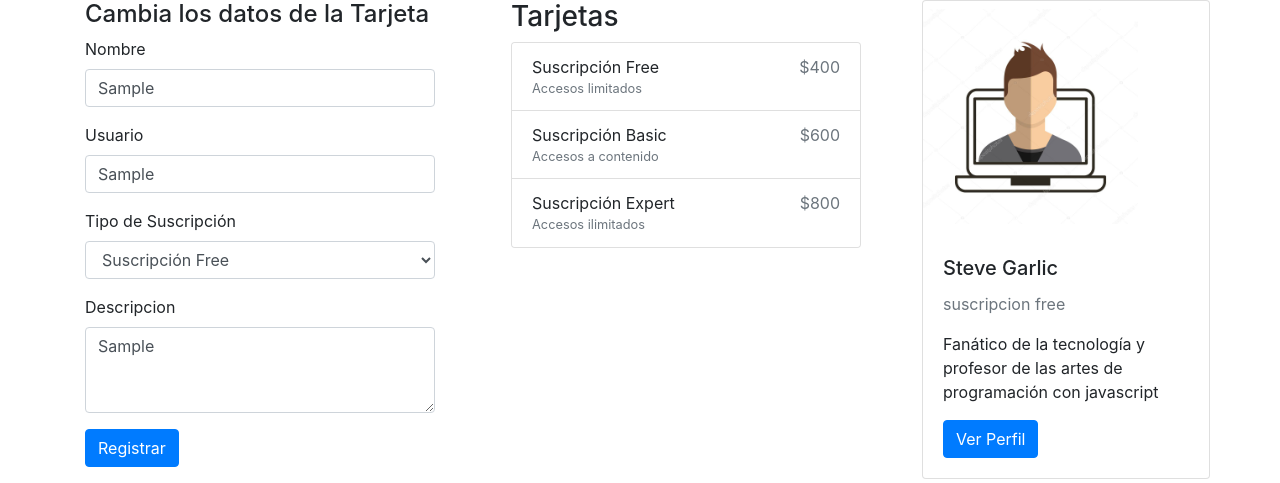
Repository: pedro-donoso/manipulacion-dom
Page: index.html
These files come from the project's save history. The page is drawn as it stood at one moment and after a run of saves; the edit follows.
The browser window is 1280 px wide. The pictures show the part of the page from y = 602 to 1085 px (the page is 1085 px tall).
Empty fields were first filled with sample values (such as "Sample", 5 or name@example.com).
After loading, the first visible `#formulario` was submitted once.

Above is the page before, as saved 2024-02-06 14:27:51.
Console error: ReferenceError: email is not defined

### index.html
<!doctype html>
<html lang="es">

<head>
    <!-- Required meta tags -->
    <meta charset="utf-8">
    <meta name="viewport" content="width=device-width, initial-scale=1, shrink-to-fit=no">

    <!-- Bootstrap CSS -->
    <link rel="stylesheet" href="https://cdn.jsdelivr.net/npm/bootstrap@4.3.1/dist/css/bootstrap.min.css"
        integrity="sha384-ggOyR0iXCbMQv3Xipma34MD+dH/1fQ784/j6cY/iJTQUOhcWr7x9JvoRxT2MZw1T" crossorigin="anonymous">

    <title>Manipulación del DOM</title>
</head>

<body>

    <main class="container">

        <!-- 1- AGREGO CLASE container PARA MANIPULAR ESTE PÁRRAFO -->
        <div class="row mt-5 text-center justify-content-between" id="contenedor">
            <div class="col-4 col-md-4">
                <h2>Manipulación del DOM</h2>
                <p class="text-center">
                    El DOM es una API definida para representar e interactuar con cualquier documento HTML.
                    El DOM es un modelo de documento que se carga en el navegador web y que representa el documento como un árbol de
                    nodos, en donde cada nodo representa una parte del documento (puede tratarse de un elemento, una
                    cadena de texto o un comentario)
                </p>
            </div>
        </div>
        <div class="row justify-content-between">
            <div class="col-4 col-md-4">
                <h4>Cambia los datos de la Tarjeta</h4>
                <!-- 15- AGREGO id PARA ESCUCHAR EVENTO CLICK -->
                <form id="formulario">
                    <!-- 21- AGREGO ID DE CADA CAMPO -->
                    <label>Nombre</label>
                    <input type="text" class="form-control mb-3" id="nombre">
                    <label>Usuario</label>
                    <input type="text" class="form-control mb-3" id="usuario">
                    <label>Tipo de Suscripción</label>
                    <select id="suscripcion" class="form-control mb-3">
                            <option value="free">Suscripción Free</option>
                            <option value="basic">Suscripcion Basic</option>
                            <option value="expert">Suscripcion Expert</option>
                        </select>









                    <label>Descripcion</label>
                    <textarea rows="3" class="form-control mb-3" id="descripcion"></textarea>
                    <div>
                        <button class="btn btn-primary mb-3">Registrar</button>
                    </div>
                </form>
            </div>
            <div class="col-4 col-md-4">
                <h3>Tarjetas</h3>
                <div class="card">
                    <ul class="list-group list-group-flush">
                        <li class="list-group-item d-flex justify-content-between">
                            <div class="d-flex flex-column">
                                <span>Suscripción Free</span>
                                <small class="text-muted">Accesos limitados</small>
                            </div>
                            <div>
                                <span class="text-muted">$400</span>
                            </div>
                        </li>
                        <li class="list-group-item d-flex justify-content-between">
                            <div class="d-flex flex-column">
                                <span>Suscripción Basic</span>
                                <small class="text-muted">Accesos a contenido</small>
                            </div>
                            <div>
                                <span class="text-muted">$600</span>
                            </div>
                        </li>
                        <li class="list-group-item d-flex justify-content-between">
                            <div class="d-flex flex-column">
                                <span>Suscripción Expert</span>
                                <small class="text-muted">Accesos ilimitados</small>
                            </div>
                            <div>
                                <span class="text-muted">$800</span>
                            </div>
                        </li>
                    </ul>
                </div>
            </div>

            <!-- 8- AGREGO CARD -->
        <!-- 13- AGREGO ID PARA CAPTURAR CONTENEDOR -->
        <div class="row" id="contenedor_tarjeta">

        </div>

        </div>

    </main>

    <!-- Optional JavaScript -->
    <!-- jQuery first, then Popper.js, then Bootstrap JS -->
    <script src="https://code.jquery.com/jquery-3.3.1.slim.min.js"
        integrity="sha384-q8i/X+965DzO0rT7abK41JStQIAqVgRVzpbzo5smXKp4YfRvH+8abtTE1Pi6jizo"
        crossorigin="anonymous"></script>
    <script src="https://cdn.jsdelivr.net/npm/popper.js@1.14.7/dist/umd/popper.min.js"
        integrity="sha384-UO2eT0CpHqdSJQ6hJty5KVphtPhzWj9WO1clHTMGa3JDZwrnQq4sF86dIHNDz0W1"
        crossorigin="anonymous"></script>
    <script src="https://cdn.jsdelivr.net/npm/bootstrap@4.3.1/dist/js/bootstrap.min.js"
        integrity="sha384-JjSmVgyd0p3pXB1rRibZUAYoIIy6OrQ6VrjIEaFf/nJGzIxFDsf4x0xIM+B07jRM"
        crossorigin="anonymous"></script>

    <script src="./app.js"></script>
</body>

</html>

### app.js
// 2- CREO VARIABLE PARA MANIPULAR HTML
let contenedor = document.querySelector("#contenedor");

// 3- CREAR ELEMENTO SUBTITULO Y LE AGREGO PROPIEDADES
let subtitulo = document.createElement("h4");
subtitulo.innerText = "Árbol de nodos \n (enviado desde JavaScript)";

// 4- OBTENER EL CUERPO DEL DOCUMENTO
let body = document.body;

// 5- AGREGAR EL NUEVO ELEMENTO AL CUERPO DEL DOCUMENTO
body.appendChild(subtitulo);

// 6- AGREGO IMAGEN
let imagen = document.createElement("img");
imagen.src =
  "https://www.freecodecamp.org/news/content/images/2021/09/Document.jpg";
imagen.width = "450";
imagen.height = "300";
imagen.alt = "árbol de nodos";

// 7- AGREGO ELEMENTOS AL CONTENEDOR
contenedor.append(subtitulo, imagen);

// 13- AGREGO CONSTRUCTOR
const autor = {
  nombre: "Steve Garlic",
  usuario: "",
  suscripcion: "suscripcion free",
  descripcion:
    "Fanático de la tecnología y profesor de las artes de programación con javascript",
  imagen: "./img/icono.jpg"
};

// 19- Agrego const crearTarjeta y agrego todas las funciones del código
const crearTarjeta = () => {
  // 25- CREO DOCUMENTO VACIO
  document.querySelector("#contenedor_tarjeta").innerHTML = "";

  // 9- CREO ESTRUCTURA DEL CODIGO
  let columnaTarjeta = document.createElement("div");
  columnaTarjeta.className = "col";

  // 10- CREO TEMPLATE STRING DEL CONTENIDO DE LA TARJETA AUTOR
  // 14- AGREGO DATOS DEL CONSTRUCTOR (13)
  // 17- CREO EVENTO onclick
  // 19- LLAMAR A eventoClick CON event
  let tarjetaAutor = ` <div class="card" style="width: 18rem;">
        <img class="card-img-top pt-2 w-75" src="${autor.imagen}" alt="Card image cap">
        <div class="card-body">
        <h4 class="card-title">${autor.usuario}</h4>
            <h5 class="card-title">${autor.nombre}</h5>
             <p class="text-muted">${autor.suscripcion}</p>
            <p class="card-text">${autor.descripcion}</p>

            <button class="btn btn-primary" onclick="eventoClick(event)">Ver Perfil</button>
        </div>
    </div>`;

  // 11- AGREGO TEMPLATE STRING A columnaTarjeta (HIJO)
  columnaTarjeta.innerHTML = tarjetaAutor;

  // 12- AGREGO columnaTarjeta AL CONTENEDOR (PADRE) MEDIANTE LA SELECCIÓN DEL ID #contenedor_tarjeta
  document.querySelector("#contenedor_tarjeta").append(columnaTarjeta);
};

// 16- Creo constante modificarAutor para agregarla al form en index.html, la función recibirá un evento
  const modificarAutor= (event) => {
    console.log(event);
    event.preventDefault();

    // 22- CAPTURO CAMPOS DEL FORMULARIO
    let nombre = document.querySelector("#nombre").value;
    let usuario = document.querySelector("#usuario").value;
    let suscripcion = document.querySelector("#suscripcion").value;
     let descripcion = document.querySelector("#descripcion").value;

    // 23- LLAMO A LA CONSTANTE AUTOR
    autor.nombre = nombre;
    autor.usuario = usuario;
    autor.suscripcion = email;
    autor.descripcion = descripcion;

    // 24- SE VUELVE A CREAR LA TARJETA CON LOS NUEVOS DATOS
    crearTarjeta();
  };


// 18- CAPTURO EVENTO CLIC DEL BOTON EN EL form MEDIANTE EL ID formulario
document.getElementById("formulario").addEventListener("submit",modificarAutor);

// 20- LLAMO A LA FUNCIÓN
crearTarjeta();

After the next 2 saves:
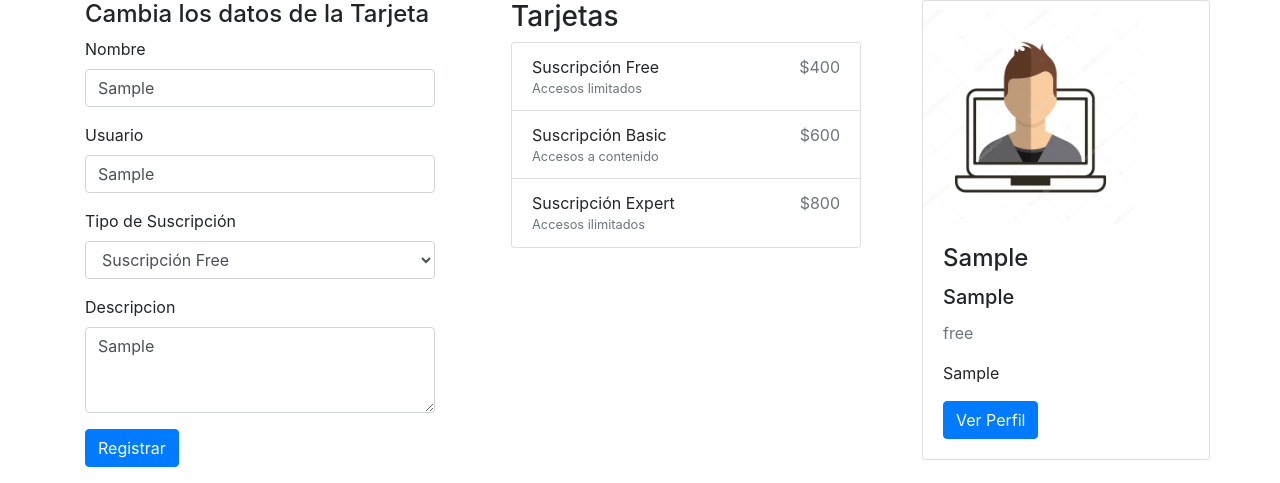
The error is gone.
The 2 saves are shown as one change because they came seconds apart.
The last was saved 7 s later.
--- a/app.js
+++ b/app.js
@@ -78,7 +78,7 @@ const crearTarjeta = () => {
     // 23- LLAMO A LA CONSTANTE AUTOR
     autor.nombre = nombre;
     autor.usuario = usuario;
-    autor.suscripcion = email;
+    autor.suscripcion = suscripcion;
     autor.descripcion = descripcion;
 
     // 24- SE VUELVE A CREAR LA TARJETA CON LOS NUEVOS DATOS
